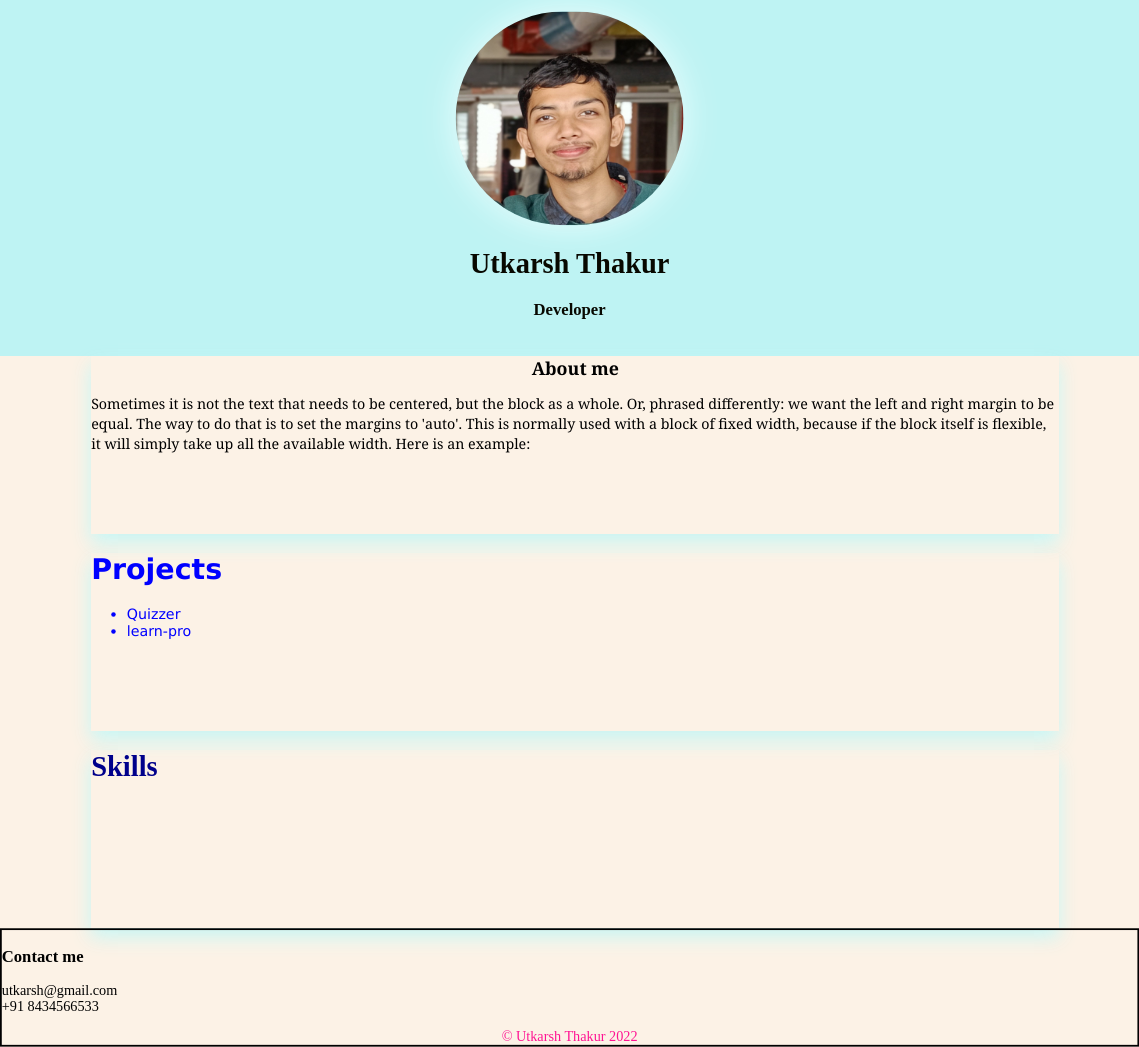
Repository: UtkarshThakur321/Utkarsh-Thakur-Profile
Page: index.html
An editor plug-in stored every save of this project. The page is shown before and after the next save, followed by the edit.
The browser window is 1280 px wide. The pictures show the whole page, at 89% of full size.

Above is the page before, as saved 2022-01-22 23:48:48.
Not found: main.js

After the next save:
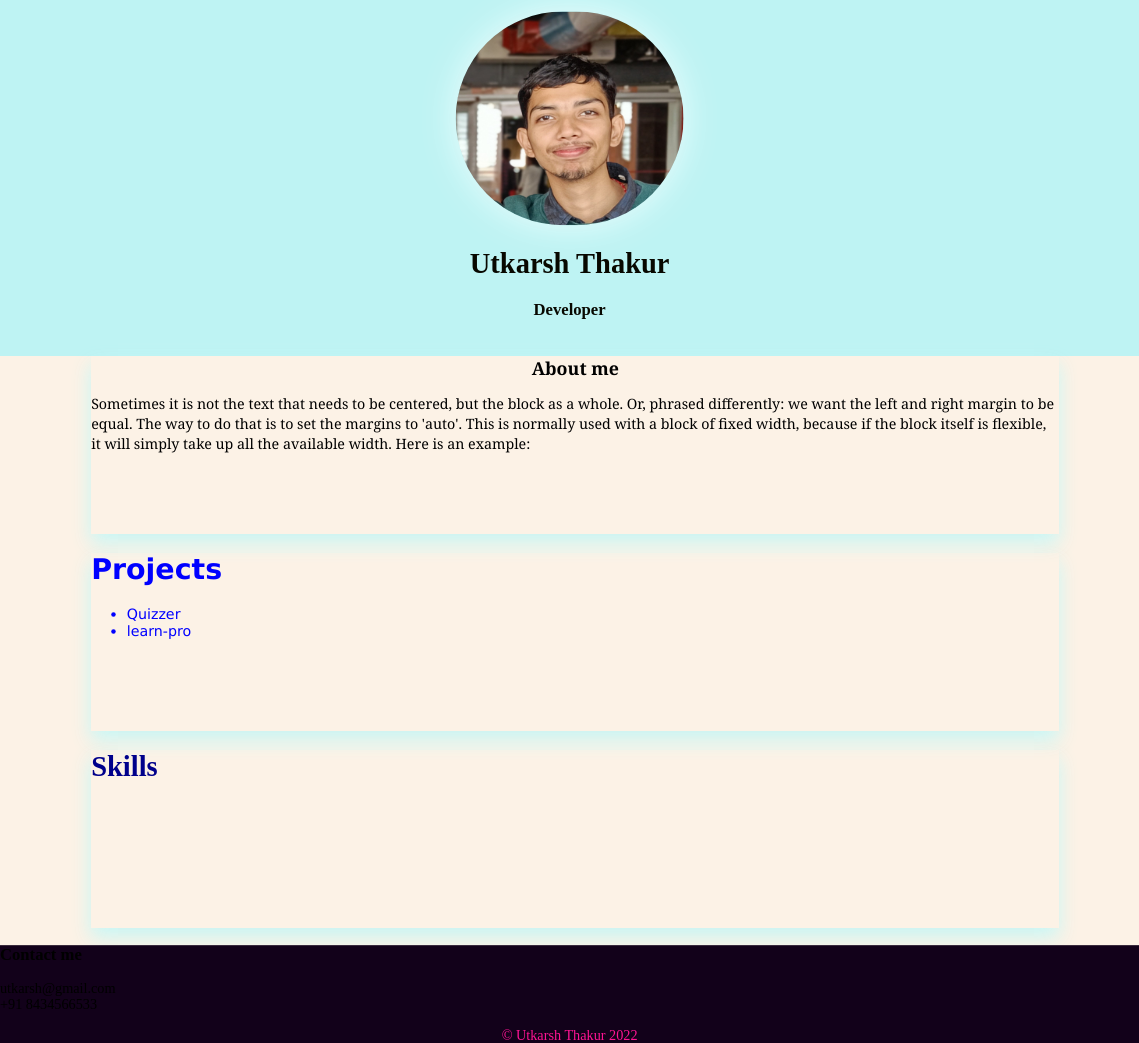
Saved 96 s later.
--- a/index.css
+++ b/index.css
@@ -93,7 +93,11 @@ hr{
 }
 
 #footer{
+    background-color: rgb(18, 1, 26);
+}
+#footerContent{
     border:2px solid black;
+
 }
 
 /* #footer{
